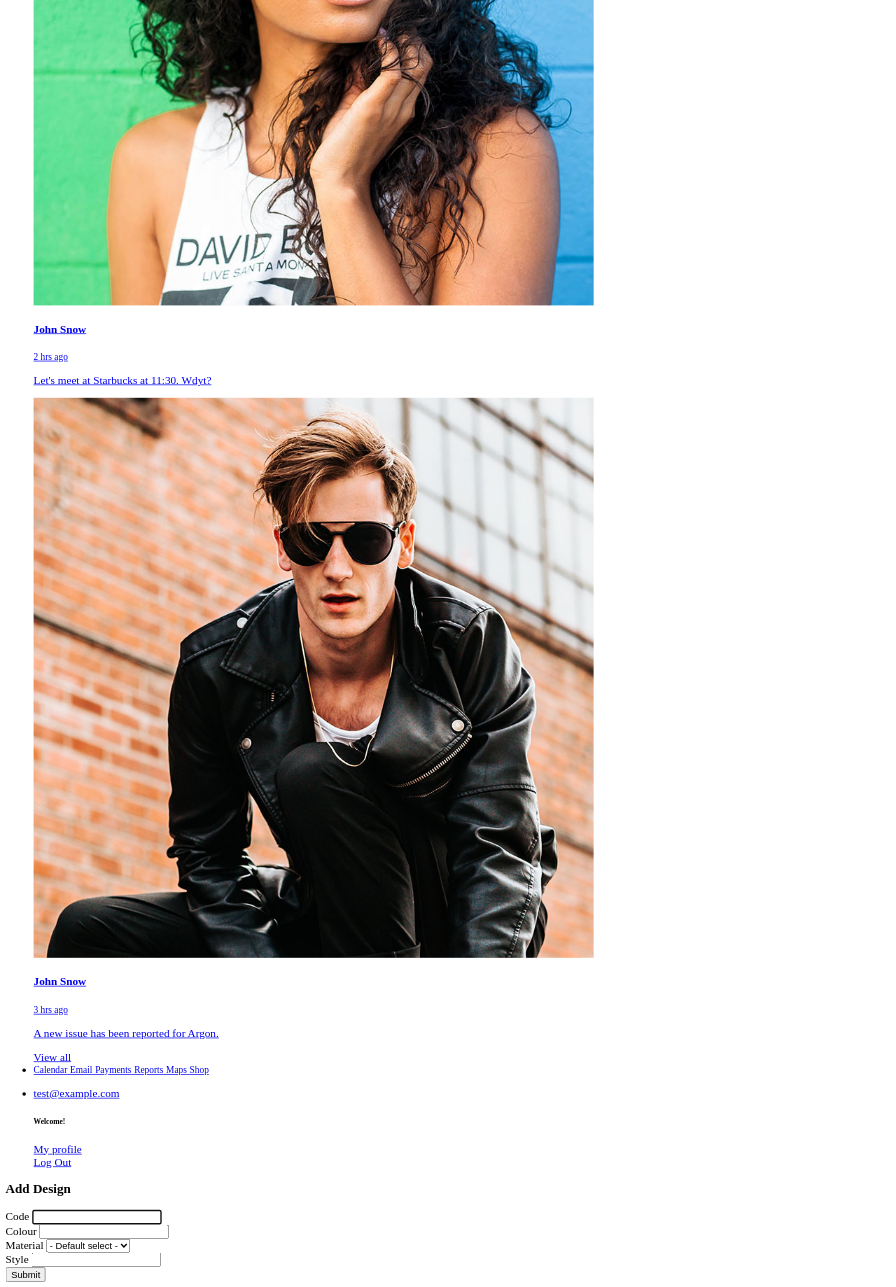
Repository: amirulaizat2004/tailorsystem-internship
Page: resources/views/design/create.blade.php
An editor plug-in stored every save of this project. The page is shown before and after the next save, followed by the edit.
The browser window is 1280 px wide. The pictures show the part of the page from y = 3666 to 5586 px (the page is 5505 px tall before and 5586 px after), at 70% of full size.
Some web libraries are served in a nearby version. The page is served by the project's Laravel application, run on PHP 8.4 with Laravel 8. A made-up administrator, Test User (test@example.com), is signed in. Other server files are loaded and not shown. The template is opened directly, without the code that normally fills it, so the values that code supplies are empty.

Above is the page before, as saved 2021-10-27 15:09:24.
Console error: ReferenceError: jQuery is not defined

### routes/web.php
<?php

use App\Models\Customer;
use Illuminate\Http\Request;
use Illuminate\Support\Facades\Route;
use App\Http\Controllers\OrderController;
use App\Http\Controllers\DesignController;
use App\Http\Controllers\MeasureController;
use App\Http\Controllers\CustomerController;
use App\Http\Controllers\DashboardController;
use Illuminate\Routing\Route as RoutingRoute;

/*
|--------------------------------------------------------------------------
| Web Routes
|--------------------------------------------------------------------------
|
| Here is where you can register web routes for your application. These
| routes are loaded by the RouteServiceProvider within a group which
| contains the "web" middleware group. Now create something great!
|
*/

Route::get('/', function () {
    return view('welcome');
});

Route::get('/dashboard', function () {
    return view('dashboard');
})->middleware(['auth'])->name('dashboard');

Route::get('/dashboardtailor', [DashboardController::class, 'index'])->middleware(['auth'])->name('dashboardtailor');

Route::get('fullcalendar', [DashboardController::class, 'fullcalendar'])->middleware(['auth'])->name('fullcalendar');

Route::resource('customer', CustomerController::class)->middleware(['auth']);
Route::get('createcust', [CustomerController::class, 'create'])->middleware(['auth'])->name('createcust');
Route::get('indexcust', [CustomerController::class, 'index'])->middleware(['auth'])->name('indexcust');

Route::resource('design', DesignController::class)->middleware(['auth']);
Route::get('designcreate/{id}', [DesignController::class, 'create'])->middleware(['auth'])->name('designcreate');
Route::get('designadd/{id}', [DesignController::class, 'add'])->middleware(['auth'])->name('designadd');

Route::resource('measure', MeasureController::class)->middleware(['auth']);
Route::get('measurecreate/{id}', [MeasureController::class, 'create'])->middleware(['auth'])->name('measurecreate');
Route::post('measure-store', [MeasureController::class, 'store'])->middleware(['auth'])->name('measurestore');

Route::resource('order', OrderController::class)->middleware(['auth']);
Route::get('ordercreate/{id}', [OrderController::class, 'create'])->middleware(['auth'])->name('ordercreate');
Route::get('ordershow/{id}', [OrderController::class, 'show'])->middleware(['auth'])->name('ordershow');
Route::get('orderstatus/{id}', [OrderController::class, 'status'])->middleware(['auth'])->name('orderstatus');
Route::put('updatestatus/{id}', [OrderController::class, 'updatestatus'])->middleware(['auth'])->name('updatestatus');

Route::get('add', [CustomerController::class, 'add'])->name('add');

require __DIR__.'/auth.php';

### routes/auth.php
<?php

use App\Http\Controllers\Auth\AuthenticatedSessionController;
use App\Http\Controllers\Auth\ConfirmablePasswordController;
use App\Http\Controllers\Auth\EmailVerificationNotificationController;
use App\Http\Controllers\Auth\EmailVerificationPromptController;
use App\Http\Controllers\Auth\NewPasswordController;
use App\Http\Controllers\Auth\PasswordResetLinkController;
use App\Http\Controllers\Auth\RegisteredUserController;
use App\Http\Controllers\Auth\VerifyEmailController;
use Illuminate\Support\Facades\Route;

Route::get('/register', [RegisteredUserController::class, 'create'])
                ->middleware('auth')
                ->name('register');

Route::post('/register', [RegisteredUserController::class, 'store'])
                ->middleware('auth');

Route::get('/login', [AuthenticatedSessionController::class, 'create'])
                ->middleware('guest')
                ->name('login');

Route::post('/login', [AuthenticatedSessionController::class, 'store'])
                ->middleware('guest');

Route::get('/forgot-password', [PasswordResetLinkController::class, 'create'])
                ->middleware('guest')
                ->name('password.request');

Route::post('/forgot-password', [PasswordResetLinkController::class, 'store'])
                ->middleware('guest')
                ->name('password.email');

Route::get('/reset-password/{token}', [NewPasswordController::class, 'create'])
                ->middleware('guest')
                ->name('password.reset');

Route::post('/reset-password', [NewPasswordController::class, 'store'])
                ->middleware('guest')
                ->name('password.update');

Route::get('/verify-email', [EmailVerificationPromptController::class, '__invoke'])
                ->middleware('auth')
                ->name('verification.notice');

Route::get('/verify-email/{id}/{hash}', [VerifyEmailController::class, '__invoke'])
                ->middleware(['auth', 'signed', 'throttle:6,1'])
                ->name('verification.verify');

Route::post('/email/verification-notification', [EmailVerificationNotificationController::class, 'store'])
                ->middleware(['auth', 'throttle:6,1'])
                ->name('verification.send');

Route::get('/confirm-password', [ConfirmablePasswordController::class, 'show'])
                ->middleware('auth')
                ->name('password.confirm');

Route::post('/confirm-password', [ConfirmablePasswordController::class, 'store'])
                ->middleware('auth');

Route::post('/logout', [AuthenticatedSessionController::class, 'destroy'])
                ->middleware('auth')
                ->name('logout');

### resources/views/design/create.blade.php
@extends('layout.app')


@section('content')

<div class="card">

  <div class="card-header">
    <h3 class="mb-0">Add Design</h3>
  </div>

<form method="post" action="{{ route('design.store') }}">
    @csrf

<div class="col-lg-11 ml-4 mt-3 mb-3">
    <div class="form-group">
        <label for="code">Code</label>
        <input type="text" class="form-control @error('code') is-invalid @enderror"
        id="code" name="code" required autofocus readonly value="{{ $codes }}">
      </div>

    <div class="form-group">
      <label for="color">Colour</label>
      <input type="text" class="form-control @error('color') is-invalid @enderror"
      id="color"  name="color" value="{{ old('color') }}">
    </div>

    <div class="form-group">
      <label for="material">Material</label>
      <select class="form-control" id="material" name="material">
        <option value="">- Default select -</option>
        <option value="Cotton"> Cotton </option>
        <option value="Jacquard"> Jacquard </option>
        <option value="Crepe"> Crepe </option>
        <option value="Rayon"> Rayon </option>
        <option value="Chiffon"> Chiffon </option>
        <option value="Satin"> Satin </option>
      </select>
    </div>

    <div class="form-group">
        <label for="style">Style</label>
        <input class="form-control @error('style') is-invalid @enderror" list="browsers" id="style" name="style" autocomplete="off">
        <datalist name="style" id="browsers">
        <option value="Baju Melayu Cekak Musang">Baju Melayu Cekak Musang</option>
        <option value="Baju Melayu Teluk Belanga">Baju Melayu Teluk Belanga</option>
        </datalist>
    </div>

    <button type="submit" class="btn btn-primary">Submit</button>

  </div>
  </form>

</div>
@endsection

@section('scripts')
<script>
 $(document).ready(function() {
    $('#material').select2();
});
</script>

@endsection

Loaded but not shown: app/Models/User.php (common file); resources/views/layout/app.blade.php (422 lines, source omitted)

After the next save:
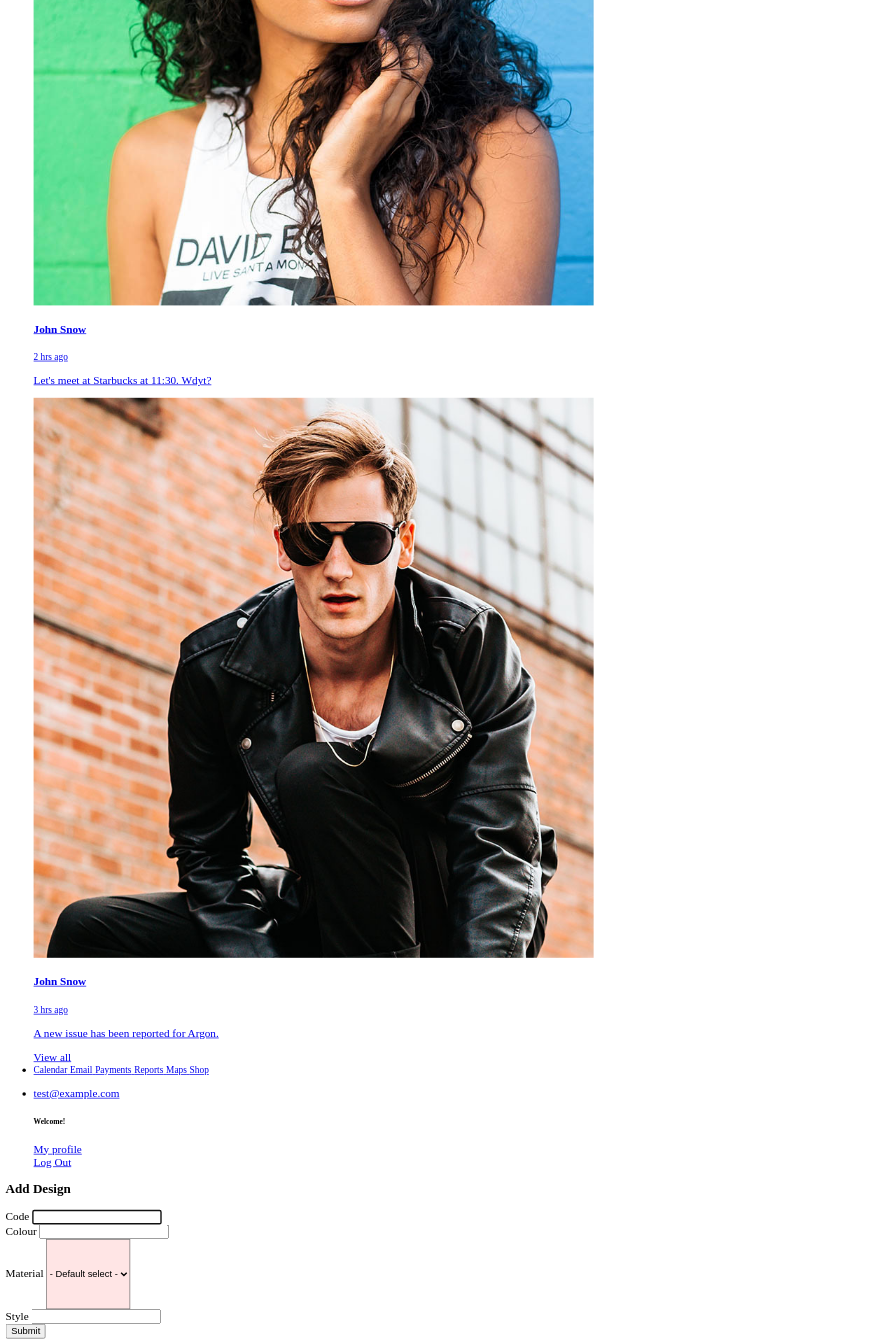
Saved 4 s later.
--- a/resources/views/design/create.blade.php
+++ b/resources/views/design/create.blade.php
@@ -27,7 +27,7 @@
 
     <div class="form-group">
       <label for="material">Material</label>
-      <select class="form-control" id="material" name="material">
+      <select style="height: 100px; background-color: rgba(255,0,0,0.1);" class="form-control" id="material" name="material">
         <option value="">- Default select -</option>
         <option value="Cotton"> Cotton </option>
         <option value="Jacquard"> Jacquard </option>
